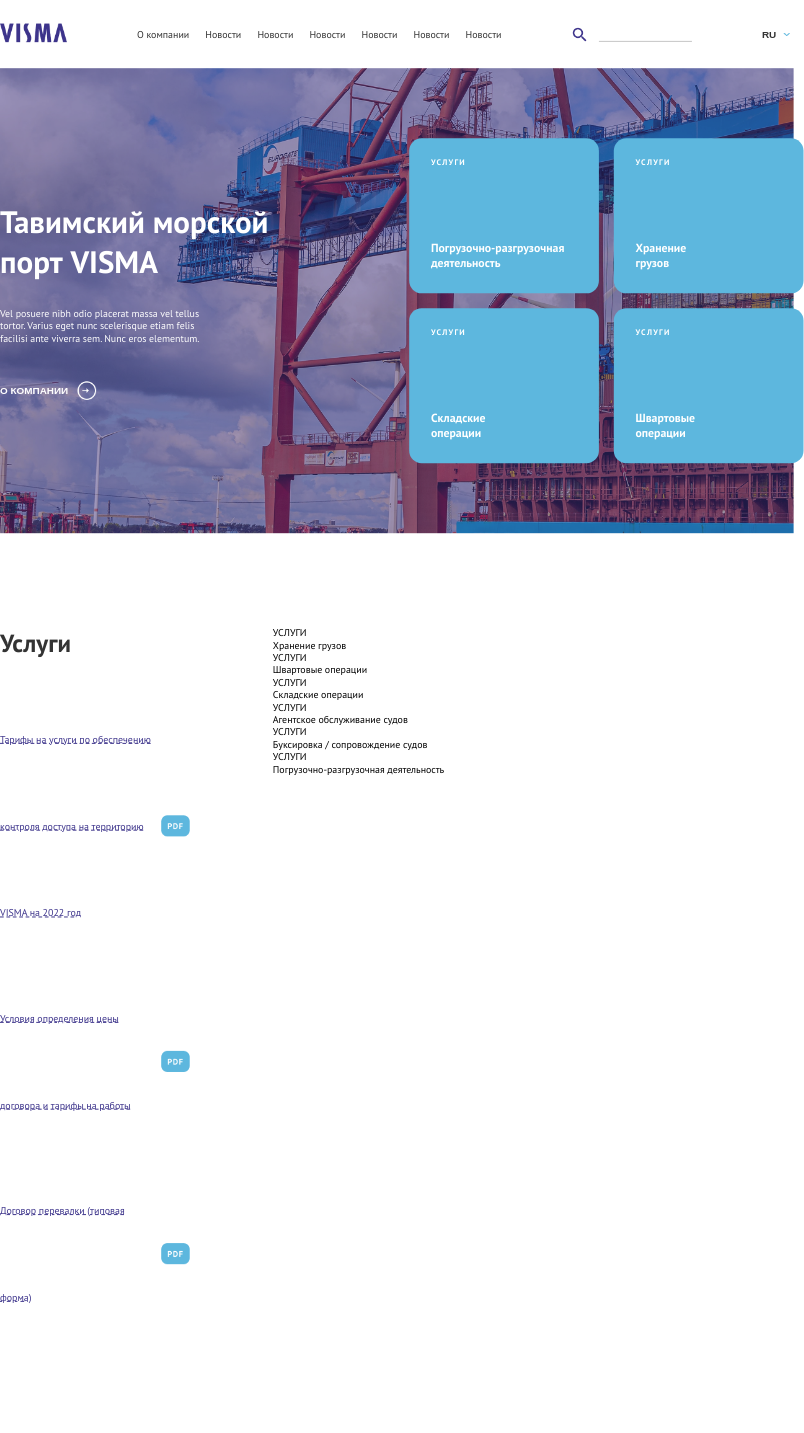
Repository: Shaiyr1/Visma
Page: index.html
The author's editor kept a copy of each file at every save. The page is drawn from the files as they stood at one save, then again after the next save.
The browser window is 1280 px wide. The page is 1296 px wide, so the pictures cover 1296 px, including what lies to the right of the window. The pictures show the whole page, at 62% of full size.
The style sheet was rebuilt from its Sass, Less or Tailwind sources for each picture, by a compiler version that may differ from the author's.

Above is the page before, as saved 2026-09-16 14:38:28.

### index.html
<!DOCTYPE html>
<html lang="en">
<head>
    <meta charset="UTF-8">
    <meta http-equiv="X-UA-Compatible" content="IE=edge">
    <meta name="viewport" content="width=device-width, initial-scale=1.0">
    <link rel="stylesheet" href="./src/css/style.css">
    <title>Document</title>
</head>
<body>
    <header class="header">
        <nav class="header-nav">
            <a class="header-nav__link" href="#">
                <img class="header-nav__logo" src="./src/img/Vector (1).png" alt="logo">
            </a>
            <ul class="header-nav__ul">
                <li class="header-nav__li">
                    <a class="header-nav__li-link" href="#">О компании</a>
                </li>
                <li class="header-nav__li">
                    <a class="header-nav__li-link" href="#">Новости</a>
                </li>
                <li class="header-nav__li">
                    <a class="header-nav__li-link" href="#">Новости</a>
                </li>
                <li class="header-nav__li">
                    <a class="header-nav__li-link" href="#">Новости</a>
                </li>
                <li class="header-nav__li">
                    <a class="header-nav__li-link" href="#">Новости</a>
                </li>
                <li class="header-nav__li">
                    <a class="header-nav__li-link" href="#">Новости</a>
                </li>
                <li class="header-nav__li">
                    <a class="header-nav__li-link" href="#">Новости</a>
                </li>
            </ul>
            <label class="header-nav__label" for="">
                <img class="header-nav__icon" src="./src/img/ic_round-search.png" alt="icon">
                <input class="header-nav__input" type="search">
            </label>
            <select class="header-nav__select" name="" id="">
                <option class="header-nav__option" value="">RU</option>
                <option class="header-nav__option" value="">ENG</option>
            </select>
        </nav>
    </header>
    <main>
        <section class="home">
            <div class="container home__blocks">
                <div class="home-block">
                    <h1 class="home-block__title">Тавимский морской порт VISMA</h1>
                    <p class="home-block__subtitle">
                        Vel posuere nibh odio placerat massa vel tellus tortor. Varius eget nunc scelerisque etiam felis facilisi ante viverra sem. Nunc eros elementum.
                    </p>
                    <button class="home-block__btn">
                        О КОМПАНИИ
                        <img class="home-block__btn-icon" src="./src/img/Group 7.png" alt="">
                    </button>
                </div>
                <div class="home-services">
                    <div class="home-services__item">
                        <span class="home-services__item-span">УСЛУГИ</span>
                        <p class="home-services__item-text">
                            Погрузочно-разгрузочная <br> деятельность
                        </p>
                    </div>
                    <div class="home-services__item">
                        <span class="home-services__item-span">УСЛУГИ</span>
                        <p class="home-services__item-text">
                            Хранение <br> грузов
                        </p>
                    </div>
                    <div class="home-services__item">
                        <span class="home-services__item-span">УСЛУГИ</span>
                        <p class="home-services__item-text">
                            Складские <br> операции
                        </p>
                    </div>
                    <div class="home-services__item">
                        <span class="home-services__item-span">УСЛУГИ</span>
                        <p class="home-services__item-text">
                            Швартовые <br> операции
                        </p>
                    </div>
                </div>
            </div>
        </section>
        <section class="services">
            <div class="container services_frames">
                <div class="services-block">
                    <h2 class="services-block__title">Услуги</h2>
                    <ul class="services-block__ul">
                        <li class="services-block__li">
                            <a class="services-block__li-link" href="">Тарифы на услуги по обеспечению контроля доступа на территорию VISMA на 2022 год</a>
                            <img src="./src/img/Frame 50.png" alt="images">
                        </li>
                        <li class="services-block__li">
                            <a class="services-block__li-link" href="">Условия определения цены договора и тарифы на работы</a>
                            <img src="./src/img/Frame 50.png" alt="images">
                        </li>
                        <li class="services-block__li">
                            <a class="services-block__li-link" href="">Договор перевалки (типовая форма)</a>
                            <img src="./src/img/Frame 50.png" alt="images">
                        </li>
                    </ul>
                </div>
                <div class="services-items">
                    <div class="services-items__item">
                        <span>УСЛУГИ</span>
                        <p>Хранение грузов</p>
                    </div>
                    <div class="services-items__item">
                        <span>УСЛУГИ</span>
                        <p>Швартовые операции</p>
                    </div>
                    <div class="services-items__item">
                        <span>УСЛУГИ</span>
                        <p>Складские операции</p>
                    </div>
                    <div class="services-items__item">
                        <span>УСЛУГИ</span>
                        <p>Агентское обслуживание судов</p>
                    </div>
                    <div class="services-items__item">
                        <span>УСЛУГИ</span>
                        <p>Буксировка / сопровождение судов</p>
                    </div>
                    <div class="services-items__item">
                        <span>УСЛУГИ</span>
                        <p>Погрузочно-разгрузочная деятельность</p>
                    </div>
                </div>
            </div>
        </section>
    </main>
</body>

</html>

### src/scss/style.scss
* {
    margin: 0;
    padding: 0;
    box-sizing: border-box;
}

@import url('https://fonts.googleapis.com/css2?family=PT+Sans:ital,wght@0,400;0,700;1,400;1,700&display=swap');

body {
    font-family: "PT Sans", sans-serif;
}
.container {
    width: 1296px;
    margin: 0 auto;
}

@import "header";
@import "home";
@import "services";

### src/scss/header.scss
.header {

    &-nav {
        width: 1296px;
        height: 110px;
        margin: 0 auto;
        display: flex;
        align-items: center;
        gap: 113px;

        &__link {}

        &__logo {}

        &__ul {
            display: flex;
            align-items: center;
            justify-content: center;
            gap: 26px;
            list-style-type: none;
        }
        &__li {
            &-link {
                text-decoration: none;
                color: #333333;
                font-size: 16px;
            }
        }
        &__label {
            display: flex;
            align-items: flex-end;
            justify-content: center;
            gap: 20px;
        }
        &__input {
            width: 150px;
            border: none;
            outline: none;
            border-bottom: 1px solid rgb(161, 161, 161);
        }
        &__select {
            background: none;
            border: none;
            color: #333333;
            font-size: 16px;
            font-weight: bold;
            outline: none;
            appearance: none;
            padding-right: 30px;
            background-image: url("../img/material-symbols_keyboard-arrow-down-rounded.png");
            background-position: right 20px center;
            background-repeat: no-repeat;
        }
    }
}

### src/scss/home.scss
.home {
    width: 100%;
    height: 750px;
    background-image: url("../img/Rectangle\ 23\ \(6\).png");
    background-repeat: no-repeat;
    background-size: cover;
    padding: 113px 0;

    &__blocks {
        display: flex;
        align-items: center;
        gap: 134px;
    }

    &-block {
        width: 526px;

        &__title {
            width: 526px;
            color: #ffffff;
            text-align: left;
            font-weight: 700;
            font-size: 50px;
        }

        &__subtitle {
            width: 322px;
            margin: 40px 0 60px;
            color: #ffffff;
            text-align: left;
            font-size: 16px;
        }

        &__btn {
            width: 159px;
            height: 30px;
            display: flex;
            justify-content: flex-start;
            align-items: center;
            gap: 15px;
            border: none;
            outline: none;
            cursor: pointer;
            color: #ffffff;
            text-align: left;
            font-size: 16px;
            font-weight: 700;
            background: none;


            &-icon {}
        }
    }

    &-services {
        display: flex;
        flex-wrap: wrap;
        gap: 24px;

        &__item {
            background-color: #5db7de;
            width: 306px;
            height: 250px;
            border-radius: 20px;
            padding: 30px 35px;
            display: flex;
            flex-direction: column;
            align-items: flex-start;
            gap: 118px;

            &-span {
                color: #ffffff;
                text-align: left;
                font-size: 13px;
                font-weight: 700;
                letter-spacing: 2px;

            }

            &-text {
                color: #ffffff;
                text-align: left;
                font-size: 19px;
                font-weight: 700;
            }
        }
    }
}

### src/scss/services.scss
.services {
    margin: 150px 0;
}

.services_frames {
    display: flex;
    align-items: flex-start;
    gap: 134px;
}

.services-block {
    width: 306px;
}

.services-block__title {
    color: #333333;
    text-align: left;
    font-size: 40px;
    font-weight: 700;
}

.services-block__ul {
    margin-top: 60px;
    display: flex;
    flex-direction: column;
    align-items: flex-start;
    gap: 30px;
}

.services-block__li {
    display: flex;
    justify-content: flex-start;
    align-items: center;
    gap: 10px;
}

.services-block__li-link {
    color: #3d348b;
    text-align: left;
    font-size: 16px;
    text-decoration-style: dashed;
    line-height:139.9999976158142px;
}

.services-items {}

.services-items__item {}

After the next save:
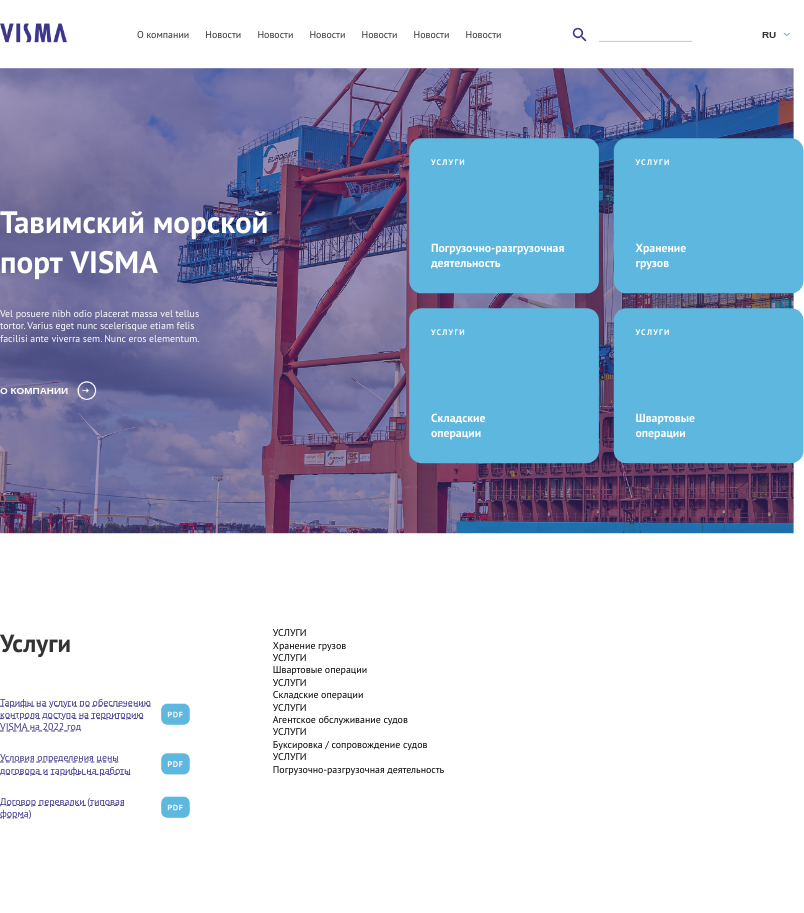
Saved 13 s later.
--- a/src/scss/services.scss
+++ b/src/scss/services.scss
@@ -39,7 +39,7 @@
     text-align: left;
     font-size: 16px;
     text-decoration-style: dashed;
-    line-height:139.9999976158142px;
+    // line-height:139.9999976158142px;
 }
 
 .services-items {}
